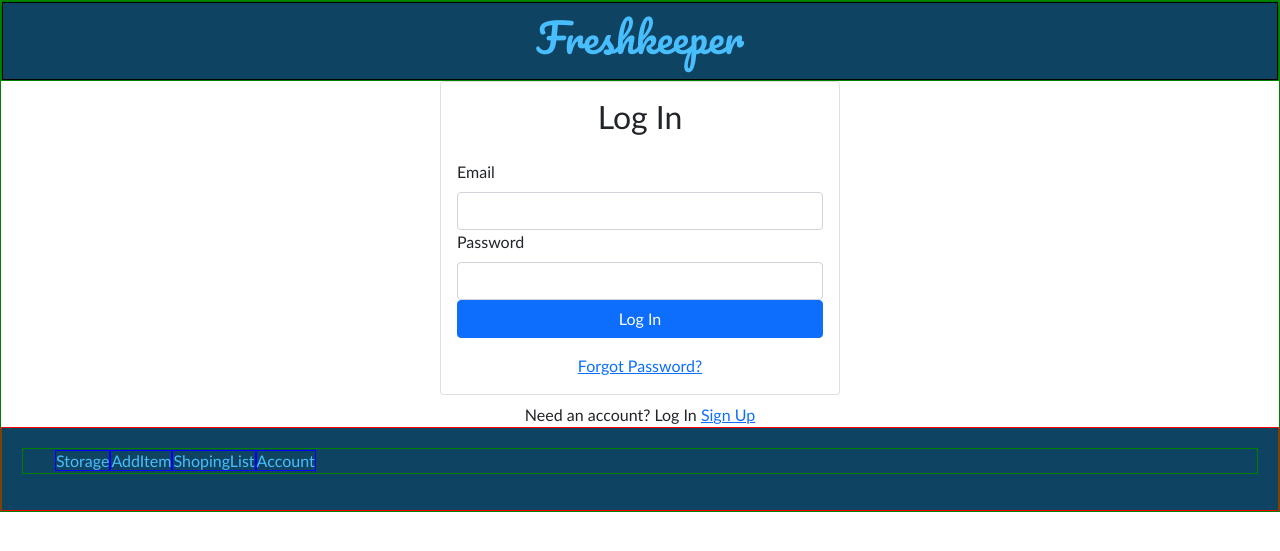
Repository: patrik-fredlund/freshkeeper-repo
Page: /
The author's editor kept a copy of each file at every save. The page is drawn from the files as they stood at one save, then again after the next save.
The browser window is 1280 px wide. The pictures show the whole page.
The project was rebuilt for these pictures with package versions that can differ from the ones it lists, and the page was loaded fresh each time. Also part of the build but not shown: src/components/Signup.js, src/components/Account.js, src/components/ForgotPassword.js, src/components/UpdateProfile.js, src/components/Storage.js, src/components/Shopinglist.js, src/components/AddItem.js.

Above is the page before, as saved 2021-10-15 23:04:40.

### public/index.html
<!DOCTYPE html>
<html lang="en">

<head>
  <meta charset="utf-8" />
  <link rel="icon" href="%PUBLIC_URL%/favicon.ico" />
  <meta name="viewport" content="width=device-width, initial-scale=1" />
  <meta name="theme-color" content="#000000" />
  <meta name="description" content="Web site created using create-react-app" />
  <link rel="apple-touch-icon" href="%PUBLIC_URL%/logo192.png" />

  <link rel="manifest" href="%PUBLIC_URL%/manifest.json" />

  <title>Freshkeeper</title>
</head>

<body>
  <noscript>You need to enable JavaScript to run this app.</noscript>
  <div id="root"></div>

</body>

</html>

### src/index.js
import React from 'react';
import ReactDOM from 'react-dom';
import App from './components/App';
import 'bootstrap/dist/css/bootstrap.min.css';

ReactDOM.render(
  <React.StrictMode>
    <App />
  </React.StrictMode>,
  document.getElementById('root')
);

### src/components/App.js
import { Container } from 'react-bootstrap';
import '../App.css';
import Signup from './Signup';
import { AuthProvider } from '../context/AuthContext';
import { BrowserRouter as Router, Switch, Route } from 'react-router-dom';
import Account from './Account';
import Login from './Login';
import PrivateRoute from './PrivateRoute';
import ForgotPassword from './ForgotPassword';
import UpdateProfile from './UpdateProfile';
import Storage from './Storage';
import { AppWrap } from './appStyles';
import Header from './header/header';
import ShopingList from './Shopinglist';
import AddItem from './AddItem';
import Navbar from './navbar/Navbar';

function App() {
  return (
    <AppWrap>
      <Header />
      <Container
        className='d-flex align-items-center justify-content-center'
        // style={{ minHeight: '10vh' }}
      >
        <div className='w-100' style={{ maxWidth: '400px' }}>
          <Router>
            <AuthProvider>
              <Switch>
                <PrivateRoute exact path='/' component={Storage} />
                <PrivateRoute path='/additem' component={AddItem} />
                <PrivateRoute path='/shopinglist' component={ShopingList} />
                <PrivateRoute path='/account' component={Account} />
                <PrivateRoute
                  path='/update-profile'
                  component={UpdateProfile}
                />
                <Route path='/signup' component={Signup} />
                <Route path='/login' component={Login} />
                <Route path='/forgot-password' component={ForgotPassword} />
              </Switch>
            </AuthProvider>
          </Router>
        </div>
      </Container>
      <Navbar />
    </AppWrap>
  );
}

export default App;

### src/App.css
@import url('https://fonts.googleapis.com/css2?family=Pacifico&display=swap');

* {
  box-sizing: border-box;
  margin: 0;
  padding: 0;
  font-family: 'Gill Sans', 'Gill Sans MT', Calibri, 'Trebuchet MS', sans-serif;
}

.container {
  display: flex;
  flex-direction: column;
  justify-content: center;
  align-items: center;
}

.top_nav {
  display: flex;
  flex-direction: row;
  justify-content: center;
  align-items: center;
  padding: 14px 16px 14px 18px;

  position: absolute;
  width: 414px;
  height: 65px;
  left: 0px;
  top: 0px;

  background: #0e4462;
  border-radius: 4px;
}

.freshkeeper_header {
  position: static;

  font-family: 'Pacifico', cursive;

  font-weight: normal;
  font-size: 20px;

  display: flex;
  align-items: center;
  text-align: center;

  color: #49beff;

  /* Inside Auto Layout */

  flex: none;
  order: 0;
  flex-grow: 0;
  margin: 0px 10px;
}

### src/context/AuthContext.js
import React, { useContext, useState, useEffect } from 'react';
import { auth } from '../firebase';

const AuthContext = React.createContext();

export function useAuth() {
  return useContext(AuthContext);
}

export function AuthProvider({ children }) {
  const [currentUser, setCurrentUser] = useState();
  const [loading, setLoading] = useState(true);

  function signup(email, password) {
    return auth.createUserWithEmailAndPassword(email, password);
  }

  function login(email, password) {
    return auth.signInWithEmailAndPassword(email, password);
  }

  function logout() {
    return auth.signOut();
  }

  function resetPassword(email) {
    return auth.sendPasswordResetEmail(email);
  }

  function updateEmail(email) {
    return currentUser.updateEmail(email);
  }

  function updatePassword(password) {
    return currentUser.updatePassword(password);
  }

  useEffect(() => {
    const unsubscribe = auth.onAuthStateChanged((user) => {
      setCurrentUser(user);
      setLoading(false);
    });
    return unsubscribe;
  }, []);

  const value = {
    currentUser,
    login,
    signup,
    logout,
    resetPassword,
    updateEmail,
    updatePassword,
  };

  return (
    <AuthContext.Provider value={value}>
      {!loading && children}
    </AuthContext.Provider>
  );
}

### src/components/Login.js
import React, { useRef, useState } from 'react';
import { Form, Button, Card, Alert } from 'react-bootstrap';
import { useAuth } from '../context/AuthContext';
import { Link, useHistory } from 'react-router-dom';

export default function Login() {
  const emailRef = useRef();
  const passwordRef = useRef();
  const { login } = useAuth();
  const [error, setError] = useState('');
  const [loading, setLoading] = useState(false);
  const history = useHistory();

  async function handleSubmit(e) {
    e.preventDefault();

    try {
      setError('');
      setLoading(true);
      await login(emailRef.current.value, passwordRef.current.value);
      history.push('/');
    } catch {
      setError('Failed to Log In');
    }

    setLoading(false);
  }

  return (
    <>
      <Card>
        <Card.Body>
          <h2 className='text-center mb-4'>Log In</h2>

          {error && <Alert variant='danger'>{error}</Alert>}
          <Form onSubmit={handleSubmit}>
            <Form.Group id='email'>
              <Form.Label>Email</Form.Label>
              <Form.Control type='email' ref={emailRef} required />
            </Form.Group>
            <Form.Group id='password'>
              <Form.Label>Password</Form.Label>
              <Form.Control type='password' ref={passwordRef} required />
            </Form.Group>

            <Button disabled={loading} className='w-100' type='submit'>
              Log In
            </Button>
          </Form>
          <div className='w-100 text-center mt-3'>
            <Link to='/forgot-password'>Forgot Password?</Link>
          </div>
        </Card.Body>
      </Card>
      <div className='w-100 text-center mt-2'>
        Need an account? Log In <Link to='/signup'>Sign Up </Link>
      </div>
    </>
  );
}

### src/components/PrivateRoute.js
import React from 'react';
import { Route, Redirect } from 'react-router-dom';
import { useAuth } from '../context/AuthContext';

export default function PrivateRoute({ component: Component, ...rest }) {
  const { currentUser } = useAuth();

  return (
    <Route
      {...rest}
      render={(props) => {
        return currentUser ? (
          <Component {...props} />
        ) : (
          <Redirect to='/login' />
        );
      }}
    ></Route>
  );
}

### src/components/appStyles.js
import styled from 'styled-components';

export const AppWrap = styled.div`
  /* display: flex;
  flex-flow: column; */
  width: 100%;
  border: 1px solid green;
`;

### src/components/header/header.js
import React from 'react';
import GlobalStyle from '../globalStyles';
import { HeaderWrap } from './headerStyles';

function Header() {
  return (
    <HeaderWrap>
      <GlobalStyle />
      {/* <div className='top_nav'>
        <h2 className='freshkeeper_header'>Freshkeeper</h2>
      </div> */}
      <div className='headerContainer'>
        <h1>Freshkeeper</h1>
      </div>
    </HeaderWrap>
  );
}

export default Header;

### src/components/navbar/Navbar.js
import React from 'react';
import { AppWrap } from '../appStyles';
import { HeaderWrap } from '../header/headerStyles';
import { MenuList } from './MenuList';
import { NavbarStyles } from './navbarStyles';

const Navbar = () => {
  const menuList = MenuList.map(({ url, title, index }) => {
    return (
      <li key={index}>
        <a href={url}>{title}</a>
      </li>
    );
  });

  return (
    <NavbarStyles>
      <ul className='menu-list'>{menuList} </ul>
    </NavbarStyles>
  );
};

export default Navbar;

### src/firebase.js
import firebase from 'firebase/compat/app';
import 'firebase/compat/auth';

const app = firebase.initializeApp({
  apiKey: process.env.REACT_APP_FIREBASE_API_KEY,
  authDomain: process.env.REACT_APP_FIREBASE_AUTH_DOMAIN,
  projectId: process.env.REACT_APP_FIREBASE_PROJECT_ID,
  storageBucket: process.env.REACT_APP_FIREBASE_STORAGE_BUCKET,
  messagingSenderId: process.env.REACT_APP_FIREBASE_MESSAGE_SENDER_ID,
  appId: process.env.REACT_APP_FIREBASE_APP_ID,
});

export const auth = app.auth();
export default app;

### src/components/globalStyles.js
import { createGlobalStyle } from 'styled-components';

const GlobalStyle = createGlobalStyle`
@import url('https://fonts.googleapis.com/css2?family=Pacifico&display=swap');

  h1 {
     font-family: 'pacifico';
  }
`;

export default GlobalStyle;

### src/components/header/headerStyles.js
import styled from 'styled-components';

export const HeaderWrap = styled.div`
  width: 100%;
  border: 1px solid green;

  .headerContainer {
    border: 1px solid black;
    background-color: #0e4462;
    color: #49beff;
    padding: 10px 0;
    display: flex;
    align-items: center;
    justify-content: center;
  }
`;

### src/components/navbar/MenuList.js
export const MenuList = [
  {
    title: 'Storage',
    url: '/',
  },
  {
    title: 'AddItem',
    url: '/additem',
  },
  {
    title: 'ShopingList',
    url: '/shopinglist',
  },
  {
    title: 'Account',
    url: '/account',
  },
];

### src/components/navbar/navbarStyles.js
import styled from 'styled-components';

export const NavbarStyles = styled.div`
  border: 1px solid red;
  display: flex;
  /* max-width: 400px; */
  justify-content: center;
  align-items: center;
  background-color: #0e4462;
  padding: 20px;
  position: relative;
  z-index: 99;
  margin: auto;

  .menu-list {
    /* margin: auto; */
    display: flex;
    align-items: center;
    list-style-type: none;
    width: 100%;
    border: 1px solid green;

    /* padding: 10px 10px; */
  }

  a {
    color: #49beff;

    text-decoration: none;
    border: 1px solid blue;
    /* padding: 10px; */
  }
`;

After the next save:
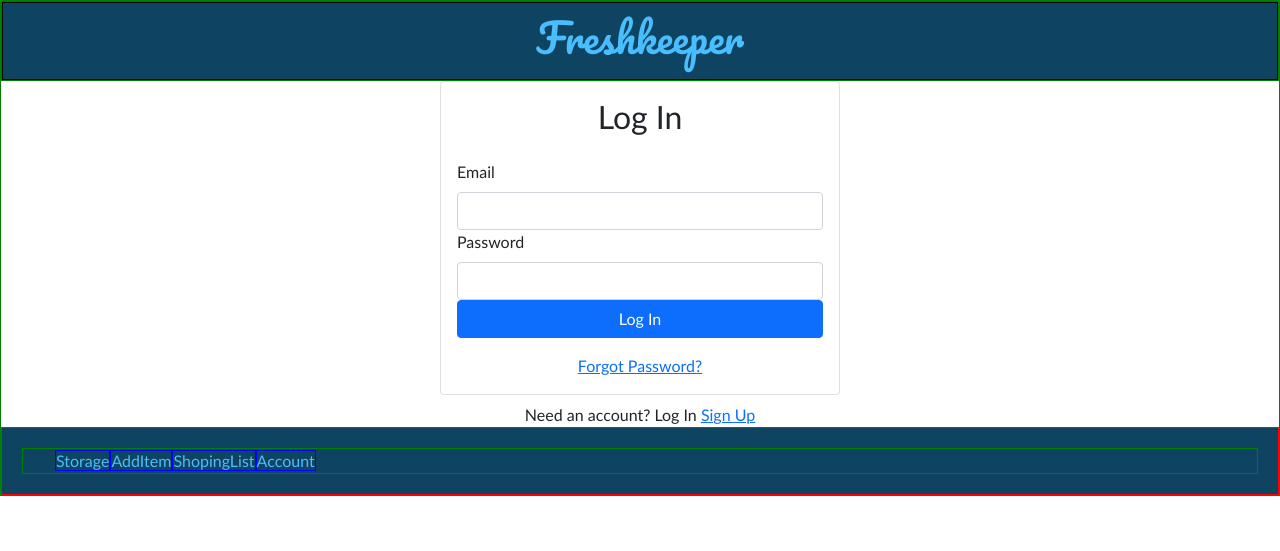
Saved 28 s later.
--- a/src/components/navbar/navbarStyles.js
+++ b/src/components/navbar/navbarStyles.js
@@ -13,7 +13,7 @@
   margin: auto;
 
   .menu-list {
-    /* margin: auto; */
+    margin: auto;
     display: flex;
     align-items: center;
     list-style-type: none;

After the save that followed:
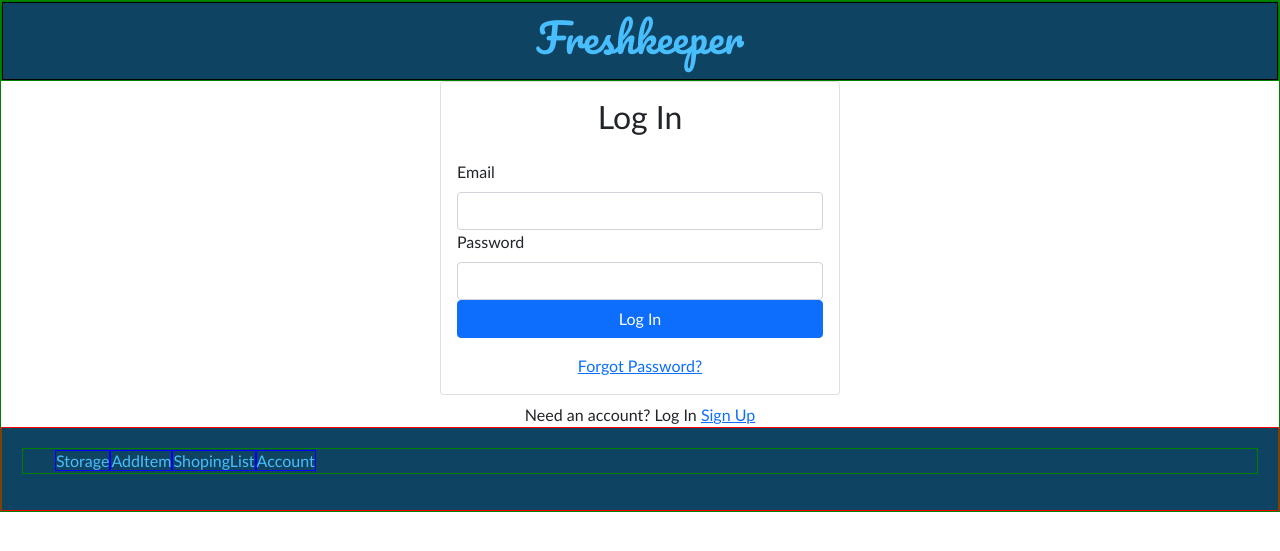
Saved 6 s later.
--- a/src/components/navbar/navbarStyles.js
+++ b/src/components/navbar/navbarStyles.js
@@ -13,7 +13,6 @@
   margin: auto;
 
   .menu-list {
-    margin: auto;
     display: flex;
     align-items: center;
     list-style-type: none;
